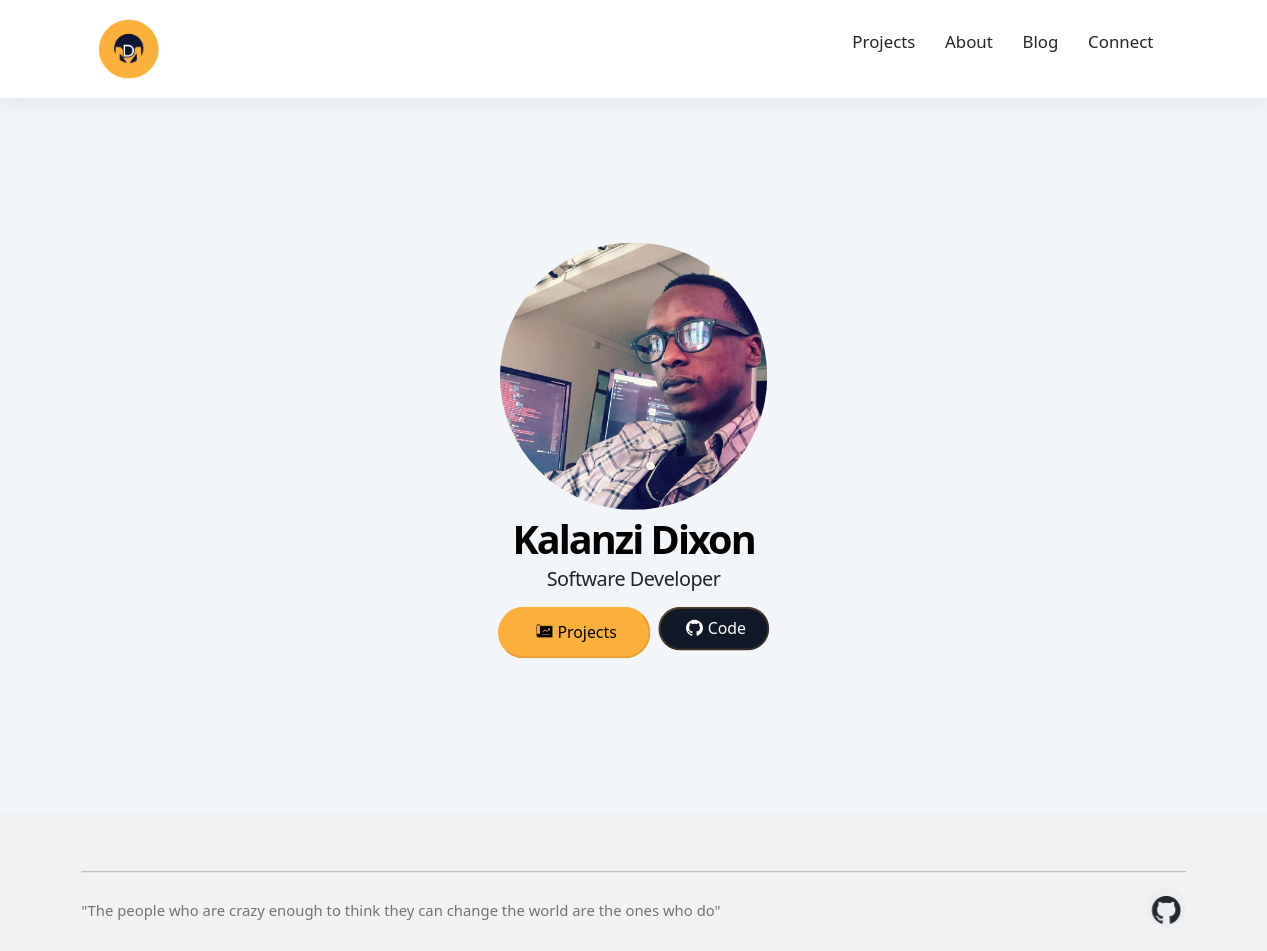
Repository: kaizoku010/firebrand
Page: /
These files come from the project's save history. The page is drawn as it stood at one moment and after a run of saves; the edit follows.
The browser window is 1280 px wide. The pictures show the whole page, at 99% of full size.
The project was rebuilt for these pictures with package versions that can differ from the ones it lists, and the page was loaded fresh each time. Also part of the build but not shown: vite.config.js, src/update/about.css, src/components/chips.css, src/components/chips.js, src/update/about.js, src/dataPoint/AllProjects.js, src/update/appsPage.js, src/update/blog.css and 4 more.

Above is the page before, as saved 2025-06-05 11:49:32.

### public/index.html
<!DOCTYPE html>
<html lang="en">
  <head>
    <meta charset="utf-8" />
    <link rel="icon" href="%PUBLIC_URL%/logo.ico" />
    <meta name="viewport" content="width=device-width, initial-scale=1" />
    <meta name="theme-color" content="#000000" />
    <meta
      name="description"
      content="Welcome to Firebrand"
    />
    <link rel="apple-touch-icon" href="%PUBLIC_URL%/logo.png" />
    <!--
      manifest.json provides metadata used when your web app is installed on a
      user's mobile device or desktop. See https://developers.google.com/web/fundamentals/web-app-manifest/
    -->
    <link rel="manifest" href="%PUBLIC_URL%/manifest.json" />

    <title>Kalanxi</title>
    <!-- Global site tag (gtag.js) - Google Analytics -->
<script async src="https://www.googletagmanager.com/gtag/js?id=G-C8GX9VTJ6W"></script>
<script>
  window.dataLayer = window.dataLayer || [];
  function gtag(){dataLayer.push(arguments);}
  gtag('js', new Date());

  gtag('config', 'G-C8GX9VTJ6W');
</script>
<script async src="https://pagead2.googlesyndication.com/pagead/js/adsbygoogle.js?client=ca-pub-3855618579065381"
     crossorigin="anonymous"></script>
     <script async custom-element="amp-ad" src="https://cdn.ampproject.org/v0/amp-ad-0.1.js"></script>
  </head>
  <body>
    <noscript>You need to enable JavaScript to run this app.</noscript>
    <div id="root"></div>

  </body>
</html>

### src/App.css
body {
  -webkit-font-smoothing: antialiased;
  background-color: #f3f6f8;
  margin-top: 0px;
  font-family:  ui-sans-serif,system-ui,-apple-system,BlinkMacSystemFont,Segoe UI,Roboto,Helvetica Neue,Arial,Noto Sans,sans-serif,apple color emoji,segoe ui emoji,Segoe UI Symbol,noto color emoji;
;
}

.content{
display: none !important;
}

a {
  text-decoration: none;
  color: #5747ff !important;
}

@media only screen and (max-width: 900px) {
  .holder__ {
    text-align: center;
    padding: 20px;
  }
}

.thumb-lg {
  height: 88px;
  width: 88px;
}
.profile-user-box {
  position: relative;
  border-radius: 5px;
}
.bg-custom {
  /*background-color: #02c0ce !important;  */
  background-color: #02191b !important;
  /* 02191b */
}
.profile-user-box {
  position: relative;
  border-radius: 5px;
}

.card-box {
  padding: 20px;
  position: sticky;
  border-radius: 3px;
  margin-bottom: 30px;
  z-index: 1;
  top: 0;
  background-color: #fff;
}
.inbox-widget .inbox-item img {
  width: 40px;
}

.inbox-widget .inbox-item {
  border-bottom: 1px solid #f3f6f8;
  overflow: hidden;
  padding: 10px 0;
  position: relative;
}

.inbox-widget .inbox-item .inbox-item-img {
  display: block;
  float: left;
  margin-right: 15px;
  width: 40px;
}

.inbox-widget .inbox-item img {
  width: 40px;
}

.inbox-widget .inbox-item .inbox-item-author {
  color: #313a46;
  display: block;
  margin: 0;
}

.inbox-widget .inbox-item .inbox-item-text {
  color: #98a6ad;
  display: block;
  font-size: 14px;
  margin: 0;
}

.inbox-widget .inbox-item .inbox-item-date {
  color: #98a6ad;
  font-size: 11px;
  position: absolute;
  right: 7px;
  top: 12px;
}

.comment-list .comment-box-item {
  position: relative;
}

.comment-list .comment-box-item .commnet-item-date {
  color: #98a6ad;
  font-size: 11px;
  position: absolute;
  right: 7px;
  top: 2px;
}

.comment-list .comment-box-item .commnet-item-msg {
  color: #313a46;
  display: block;
  margin: 10px 0;
  font-weight: 400;
  font-size: 15px;
  line-height: 24px;
}

.comment-list .comment-box-item .commnet-item-user {
  color: #98a6ad;
  display: block;
  font-size: 14px;
  margin: 0;
}

.comment-list a + a {
  margin-top: 15px;
  display: block;
}

.ribbon-box .ribbon-primary {
  background: #2d7bf4;
}

.ribbon-box .ribbon {
  position: relative;
  float: left;
  clear: both;
  padding: 5px 12px 5px 12px;
  margin-left: -30px;
  margin-bottom: 15px;
  font-family: Rubik, sans-serif;
  -webkit-box-shadow: 2px 5px 10px rgba(49, 58, 70, 0.15);
  -o-box-shadow: 2px 5px 10px rgba(49, 58, 70, 0.15);
  box-shadow: 2px 5px 10px rgba(49, 58, 70, 0.15);
  color: #fff;
  font-size: 13px;
}
.text-custom {
  color: #949797 !important;
}

.badge-custom {
  background: #02c0ce;
  color: #fff;
}
.badge {
  font-family: Rubik, sans-serif;
  -webkit-box-shadow: 0 0 24px 0 rgba(0, 0, 0, 0.06),
    0 1px 0 0 rgba(0, 0, 0, 0.02);
  box-shadow: 0 0 24px 0 rgba(0, 0, 0, 0.06), 0 1px 0 0 rgba(0, 0, 0, 0.02);
  padding: 0.35em 0.5em;
  font-weight: 500;
}
.text-muted {
  color: #98a6ad !important;
}
project_list
.font-13 {
  font-size: 13px !important;
}

.fire-text {
  text-align: justify;
}

@media screen and (max-width: 800px) {
  .card-box {
    padding: 20px !important;
    position: sticky;
    border-radius: 3px;
    margin-bottom: 30px;
    z-index: 1;
    top: 0;
    background-color: #fff;
  }
}


.main-color{
  color: #fbb03b;
}

### src/update/header.js
import React from 'react'
import "./header.css"
import Logo from "../img/logo.png"
import Email from "../img/email.png"
import { Link } from "react-router-dom";

function header() {
  return (
      <header class="header">
    <nav>
    <div class="logo">
          <a class="name_logo" href="index.html">Muneza.<span>Dixon</span></a>
        <Link to="/">  <img class="fireband-logo" src={ Logo} /></Link>
    </div>
    <input type="checkbox" id="menu-toggle"/>
    <label for="menu-toggle" class="menu-icon">&#9776;</label>
    <ul class="menu">
      <li><Link to={"apps"}>Projects</Link></li>
      <li><Link to={"about"} href="#">About</Link></li>
      <li><Link to={"blog"}>Blog</Link></li>
      <li><a href={"connect"}>Connect</a></li>
    </ul>
  </nav>
</header>
  )
}
// #9f0009 reds
export default header

### src/update/homescreen.js
import React from "react";
import UserImage from "../img/pp.jpg";
import "./homescreen.css";
import { Link } from "react-router-dom";
import CodeIc from "../img/code-ic.png";
import ProjectIc from "../img/project-ic.png";

function homescreen() {
  return (
    <div class="homepage">
      <main className="main-content">
        <img id="userImage" src={UserImage} />
        <h1 className="userName">Kalanzi Dixon</h1>
        <h2 className="userRole"> Software Developer</h2>
        <div className="site-holder">
          <Link to="/apps">
            <button id="btn-projects">
              <img className="project-ic" src={ProjectIc} />
              Projects
            </button>
          </Link>

          <Link target="_blank" to="https://github.com/kaizoku010">
            <button id="btn-code">
              <img className="project-ic" src={CodeIc} />
              Code
            </button>
          </Link>
        </div>
      </main>
    </div>
  );
}

export default homescreen;

### src/update/header.css
header_div {
    padding: 0;
    margin: 0;
    box-sizing: border-box;
    font-family: sans-serif;
    text-decoration: none;
    list-style: none;
  }


  .name_logo{
    display:none;
  }

  .header {
    position: sticky;
    top: 0;
    grid-area: header;
    width: 100%;
    box-shadow: 0 4px 20px hsla(207, 24%, 35%, 0.1);
    background-color: white;
    z-index: 2;
  }

  .email-ic{
    width:38px;
  }

  nav {
    display: flex;
    justify-content: space-between;
    align-items: center;
    padding: 20px 100px;
  }

  .logo a {
    font-size: 24px;
    font-weight: bold;
    color: #fff;
  }

  .logo a span {
    color: #8739fa;
  }


  .menu {
    display: flex;
    list-style:none;
    justify-content: center;
    align-items: center;
  }

  .menu a {
    display: block;
    padding: 7px 15px;
    font-size: 17px;
    font-weight: 500;
    transition: 0.2s all ease-in-out;
    color: #fff;
  }

  .menu:hover a {
    opacity: 0.4;
  }

  .menu a:hover {
    opacity: 1;
    color: #fff;
  }

  .menu-icon {
    display: none;
  }

  #menu-toggle {
    display: none;
  }

  #menu-toggle:checked ~ .menu {
    transform: scale(1, 1);
  }

  @media only screen and (max-width: 950px) {
    .menu {
      flex-direction: column;
      background-color: white;
      align-items: start;
      position: absolute;
      top: 82px;
      left: 0;
      width: 100%;
      z-index: 1;
      padding-left: 10px;
      transform: scale(1, 0);
      transform-origin: top;
      transition: transform 0.3s ease-in-out;
      box-shadow: rgba(0, 0, 0, 0.15) 1.95px 1.95px 2.6px;
    }

    nav {
      display: flex;
      justify-content: space-between;
      align-items: center;
      padding: 18px 30px;
  }

    .name_logo{
        display:none;
      }

    .menu a {
      margin-left: 12px;
    }

    .menu li {
      margin-bottom: 10px;
    }

    .menu-icon {
      display: block;
      color: black;
      font-size: 28px;
      cursor: pointer;
    }
    /* my logo */

  .fireband-logo{
    width: 50px !important;

  }
  }



  .fireband-logo{
    width: 60px;
  }


  .header a {
    color:#212529 !important
      }
    .header a:hover {
        color:#fbb03b !important;
    }

### src/update/homescreen.css
.homepage{
    /* margin-top: 50px; */
    display: flex;
    place-content: center;
    height: 100vh;
    align-items: center;
    position: relative;

    min-height: 500px;
}

.main-content{
    text-align: center;
    display: flex;
    flex-direction: column;
}

#userImage{
    border-radius: 50% !important;
    align-self: center;
    margin-bottom: 10px;
    width: 60%;
}

.userName{
    letter-spacing: -.05em;
    font-size: 2.5rem;
    text-align: center;
    background: -webkit-radial-gradient(#030303, #010001);
    -webkit-background-clip: text;
    background-clip: text;
    -webkit-text-fill-color: transparent;
    line-height: 1;
    font-weight: 700;
    white-space: nowrap;
}

.userRole{
    max-width: 48rem;
    font-size: 20px;
    font-weight: 100;
    margin-left: auto;
    letter-spacing: -.025em;
    color: rgb(17 24 39 / var(50%));
    text-align: center;
    margin-right: auto;
}

.site-holder{
    padding-left: 1.5rem;
    flex-wrap: nowrap;
    padding-right: 1.5rem;
    gap: .5rem;
    margin-top: 0.5rem;
    margin-bottom: 0.5rem;
    justify-content: center;
    display: flex;
    flex-direction: row;
}

#btn-projects{
    color: rgb(255 255 255 / var(10%));
    padding-top: 0.75rem;
    background-color: #fbb03b;
    padding-bottom: 0.75rem;
    opacity: 1;
    line-height: 1.375;
    color: black;
    font-weight: 500;
    border-radius: 2.5rem;
    border-color: #fbb03b45;
    padding-left: 2rem;
    padding-right: 2rem;
}

#btn-projects:hover{
    background-color: #efa123;

}


.project-ic{
    height:1rem;
    padding-right: 5px;
    padding-left: 5px;
    margin-bottom: 5px !important;
}

#btn-code{
background-color:  rgb(17 24 39);
color: rgb(255 255 255 / var(10%));
    opacity: 1;
    line-height: 1.375;
    color: #fff;
        width: 7rem;
    font-weight: 500;
    border-radius: 2.5rem;
    border-color: rgba(251, 176, 59,
    .27058823529411763);
    padding: .5rem .5rem;
}

#btn-code:hover{
    background-color: rgb(71, 74, 81);

}

@media only screen and (max-width: 950px) {
    .homepage {
        display: flex;
        place-content: center;
        height: 100%;
        align-items: center;
        position: relative;
    }

    .site-footer {
        position: relative;
        background-color: #f0f2f4e4;
        padding: 0px 0 20px !important;
        font-size: 15px;
        line-height: 24px;
        color: #737373;
    }
}

### src/update/appsPage.css
/* Base Styles */
:root {
  --primary-color: #333333;
  --secondary-color: #fbb03b;
  --accent-color: #fbb03b;
  --background-color: #f8f9fa;
  --card-bg-color: #ffffff;
  --text-color: #333333;
  --text-light: #6c757d;
  --border-radius: 12px;
  --box-shadow: 0 10px 30px rgba(0, 0, 0, 0.08);
  --transition: all 0.3s ease;
}

.appsHolder {
  background-color: var(--background-color);
  min-height: 100vh;
  padding-bottom: 4rem;
  overflow-x: hidden;
}

/* Loading Animation */
.loading-container {
  display: flex;
  flex-direction: column;
  align-items: center;
  justify-content: center;
  height: 100vh;
  background-color: var(--background-color);
}

.loader {
  width: 50px;
  height: 50px;
  border: 5px solid rgba(67, 97, 238, 0.2);
  border-radius: 50%;
  border-top-color: var(--primary-color);
  animation: spin 1s ease-in-out infinite;
  margin-bottom: 1rem;
}

@keyframes spin {
  to { transform: rotate(360deg); }
}

/* Hero Section */
.hero-section {
  display: none;
  position: relative;
  padding: 6rem 2rem 4rem;
  background: linear-gradient(135deg, #000 0%, #242229 100%);
  color: #bbb7b7;
  text-align: center;
  border-radius: 0px !important;
  margin-bottom: 3rem;
  overflow: hidden;
}


.apps-span {
  color: var(--secondary-color);
  position: relative;
  font-weight: 700 ;
  display: inline-block;
  text-decoration: none;
}

@media only screen and (max-width: 600px) {
  .appsHeading {
      font-size: 2.5rem !important;
  }
}

.hero-subtitle {
  font-size: 1rem;
  display: none !important;
}

  .tech-stack-list {
      justify-items: left;
      display: grid;
      font-size: 0.8rem;
      list-style: none !important;
      grid-template-columns: none !important;
      /* grid-gap: 20px !important; */
  }


.appsHeading {
  font-size: 3.5rem;
  font-weight: 200 !important;
  margin-bottom: 1rem;
  letter-spacing: -0.02em;
}

.hero-content {
  position: relative;
  z-index: unset !important;
}
.hero-shapes {
  position: absolute;
  top: 0;
  left: 0;
  width: 100%;
  height: 100%;
  z-index: 1;
  overflow: hidden;
}

.shape {
  position: absolute;
  border-radius: 50%;
  opacity: 0.2;
}

.shape-1 {
  width: 300px;
  height: 300px;
  background-color: rgba(255, 255, 255, 0.3);
  top: -100px;
  right: -100px;
  animation: float 8s ease-in-out infinite;
}

.shape-2 {
  width: 200px;
  height: 200px;
  background-color: rgb(255 193 7 / 21%);
  bottom: -50px;
  left: 10%;
  animation: float 12s ease-in-out infinite;
}

.shape-3 {
  width: 150px;
  height: 150px;
  background-color: rgba(255, 255, 255, 0.25);
  top: 30%;
  left: 20%;
  animation: float 10s ease-in-out infinite 1s;
}

@keyframes float {
  0% { transform: translateY(0) rotate(0deg); }
  50% { transform: translateY(-20px) rotate(5deg); }
  100% { transform: translateY(0) rotate(0deg); }
}

.appsHeading {
  line-height: 1;
  font-weight: 700;
  text-align: center !important;
  font-size: 3em !important;
  margin-bottom: 0px !important;
  letter-spacing: -0.05em !important;
  padding: 10% !important;
}

.apps-span {
  color: var(--secondary-color);
  position: relative;
  display: inline-block;
}

.apps-span::after {
  content: '';
  position: absolute;
  bottom: -5px;
  display: none !important;
  left: 0;
  width: 100%;
  height: 4px;
  background-color: var(--secondary-color);
  border-radius: 2px;
}

.hero-subtitle {
  font-size: 1.25rem;
  opacity: 0.9;
  max-width: 600px;
  margin: 0 auto;
}

/* Controls Container */
.controls-container {
  max-width: 1200px;
  margin: 0 auto 2rem;
  padding: 0 1.5rem;
  display: flex;
  flex-direction: column;
  gap: 1.5rem;
}

.search-container {
  position: relative;
  max-width: 500px;
  display: none;
  margin: 0 auto;
  width: 100%;
}

.search-input {
  width: 100%;
  padding: 1rem 1.5rem;
  border-radius: 50px;
  border: 2px solid #e0e0e0;
  font-size: 1rem;
  transition: var(--transition);
  box-shadow: 0 4px 10px rgba(0, 0, 0, 0.03);
}

.search-input:focus {
  outline: none;
  border-color: var(--primary-color);
  box-shadow: 0 4px 15px rgba(67, 97, 238, 0.15);
}

.search-icon {
  position: absolute;
  right: 1.5rem;
  top: 50%;
  transform: translateY(-50%);
  color: #aaa;
  font-size: 1.2rem;
}

.categories-container {
  display: flex;
  flex-wrap: wrap;
  margin-top: 5rem;
  gap: 0.75rem;
  justify-content: center;
}

.category-btn {
  padding: 0.6rem 1.2rem;
  border-radius: 50px;
  border: none;
  background-color: #e9ecef;
  color: var(--text-color);
  font-size: 0.9rem;
  font-weight: 500;
  cursor: pointer;
  transition: var(--transition);
}

.category-btn:hover {
  background-color: #dee2e6;
}

.category-btn.active {
  background-color: var(--primary-color);
  color: white;
}

/* Projects Grid */
.sites-holder {
  max-width: 1400px;
  margin: 0 auto;
  padding: 0 1.5rem;
}

.no-results {
  text-align: center;
  padding: 3rem 0;
  color: var(--text-light);
}

.sites-list {
  display: grid;
  grid-template-columns: repeat(auto-fill, minmax(350px, 1fr));
  gap: 2rem;
  list-style-type: none;
  padding: 0;
  margin: 0;
}

.sites {
  opacity: 0;
  transform: translateY(20px);
  animation: fadeInUp 0.5s forwards;
}

@keyframes fadeInUp {
  to {
    opacity: 1;
    transform: translateY(0);
  }
}

.project-card {
  background-color: var(--card-bg-color);
  border-radius: var(--border-radius);
  overflow: hidden;
  box-shadow: var(--box-shadow);
  transition: var(--transition);
  height: 100%;
  display: flex;
  flex-direction: column;
}

.project-card:hover {
  transform: translateY(-10px);
  box-shadow: 0 15px 35px rgba(0, 0, 0, 0.1);
}

.card-header {
  position: relative;
  padding: 1.5rem;
  display: flex;
  align-items: center;
  border-bottom: 1px solid #f0f0f0;
}

.site-logo {
  width: 70px;
  height: 70px;
  object-fit: contain;
  border-radius: 12px;
  background-color: #f8f9fa;
  padding: 0.5rem;
  box-shadow: 0 4px 10px rgba(0, 0, 0, 0.05);
}

.card-badges {
  display: flex;
  flex-wrap: wrap;
  gap: 0.5rem;
  margin-left: auto;
}

.card-content {
  padding: 1.5rem;
  flex-grow: 1;
}

.site-title {
  font-size: 1.5rem;
  font-weight: 700;
  margin-bottom: 0.5rem;
  color: var(--text-color);
  transition: var(--transition);
}

.site-location {
  font-size: 0.9rem;
  color: var(--text-light);
  margin-bottom: 1rem;
  display: flex;
  align-items: center;
}

.site-location::before {
  content: '📍';
  margin-right: 0.5rem;
}

.site-desc {
  font-size: 1rem;
  line-height: 1.6;
  color: var(--text-color);
  margin-bottom: 1.5rem;
  display: -webkit-box;
  -webkit-line-clamp: 3;
  -webkit-box-orient: vertical;
  overflow: hidden;
}

.card-footer {
  padding: 1rem 1.5rem;
  border-top: 1px solid #f0f0f0;
  display: flex;
  justify-content: space-between;
  align-items: center;
  background-color: #fafafa;
}

.view-project {
  font-weight: 600;
  color: var(--primary-color);
}

.arrow-icon {
  font-size: 1.2rem;
  color: var(--primary-color);
  transition: var(--transition);
}

.project-card:hover .arrow-icon {
  transform: translateX(5px);
}

/* Responsive Styles */
@media only screen and (max-width: 950px) {
  .appsHeading {
    font-size: 2.5rem;
  }

  .hero-section {
    display: none;
    padding: 4rem 1rem 3rem;
    border-radius: 0 0 15% 15% / 10%;
  }

  .sites-list {
    grid-template-columns: repeat(auto-fill, minmax(280px, 1fr));
    gap: 1.5rem;
  }

  .card-header {
    flex-direction: column;
    align-items: flex-start;
    gap: 1rem;
  }

  .card-badges {
    margin-left: 0;
  }

  .site-logo {
    width: 60px;
    height: 60px;
  }
}

@media only screen and (max-width: 600px) {
  .appsHeading {
    font-size: 2rem;
  }

  .hero-subtitle {
    font-size: 1rem;
  }

  .controls-container {
    padding: 1rem 1rem;
  }

  .sites-holder {
    padding: 0 1rem;
  }

  .sites-list {
    grid-template-columns: 1fr;
  }

  .category-btn {
    padding: 0.5rem 1rem;
    font-size: 0.8rem;
  }
}

/* Chip Styling */
.chip {
    padding: 0.4rem 0.8rem;
    border-radius: 50px;
    font-size: 0.8rem;
    font-weight: 500;
    color: white;
    background-color: rgb(51 51 51) !important;
    display: inline-block;
    box-shadow: 0 2px 5px rgba(0, 0, 0, 0.1);
}

/* Links */
.link-list {
  color: inherit;
  text-decoration: none !important;
  display: block;
  height: 100%;
}

a {
  color: inherit;
  text-decoration: none !important;
}

p {
  margin: 0;
  padding: 0;
}

### src/update/footer.css
.site-footer
{
  position: relative;
  background-color:#f0f2f4e4;
  padding:45px 0 20px;
  font-size:15px;
  line-height:24px;
  color:#737373;
}

.row{
  align-items: center !important;
}

.facebook{
    width: 30px;
}
.site-footer hr
{
  border-top-color:#bbb;
  opacity:0.5
}
.site-footer hr.small
{
  margin:20px 0
}
.site-footer h6
{
  color:#fff;
  font-size:16px;
  text-transform:uppercase;
  margin-top:5px;
  letter-spacing:2px
}
.site-footer a
{
  color:#737373;
}
.site-footer a:hover
{
  color:#3366cc;
  text-decoration:none;
}
.footer-links
{
  padding-left:0;
  list-style:none
}
.footer-links li
{
  display:block
}
.footer-links a
{
  color:#737373
}
.footer-links a:active,.footer-links a:focus,.footer-links a:hover
{
  color:#3366cc;
  text-decoration:none;
}
.footer-links.inline li
{
  display:inline-block
}
.site-footer .social-icons
{
  text-align:right
}
.site-footer .social-icons a
{
  width:40px;
  height:40px;
  line-height:40px;
  margin-left:6px;
  margin-right:0;
  border-radius:100%;
}
.copyright-text
{
  margin:0
}
@media (max-width:991px)
{
  .site-footer [class^=col-]
  {
    margin-bottom:30px
  }
}
@media (max-width:767px)
{

  .copyright-text{
    margin:10px;
  }
  .site-footer
  {
    padding-bottom:0
  }
  .site-footer .copyright-text,.site-footer .social-icons
  {
    text-align:center
  }
}
.social-icons
{
  padding-left:0;
  margin-bottom:0;
  list-style:none
}
.social-icons li
{
  display:inline-block;
  margin-bottom:4px
}
.social-icons li.title
{
  margin-right:15px;
  text-transform:uppercase;
  color:#96a2b2;
  font-weight:700;
  font-size:13px
}
.social-icons a{
  background-color:#eceeef;
  color:#818a91;
  font-size:16px;
  display:inline-block;
  line-height:44px;
  width:44px;
  height:44px;
  text-align:center;
  margin-right:8px;
  border-radius:100%;
  -webkit-transition:all .2s linear;
  -o-transition:all .2s linear;
  transition:all .2s linear
}
.social-icons a:active,.social-icons a:focus,.social-icons a:hover
{
  color:#fff;
  background-color:#ebebeb
}
.social-icons.size-sm a
{
  line-height:34px;
  height:34px;
  width:34px;
  font-size:14px
}
.social-icons a.facebook:hover
{
  background-color:#e7e9e9
}
.social-icons a.twitter:hover
{
  background-color:#00aced
}
.social-icons a.linkedin:hover
{
  background-color:#007bb6
}
.social-icons a.dribbble:hover
{
  background-color:#ea4c89
}
@media (max-width:767px)
{
  .social-icons li.title
  {
    display:block;
    margin-right:0;
    font-weight:600
  }
}

Loaded but not shown: src/index.js (common file); src/index.css (common file); src/reportWebVitals.js (common file); src/App.js (42 lines, source omitted); src/update/footer.js (34 lines, source omitted)

After the next 3 saves:
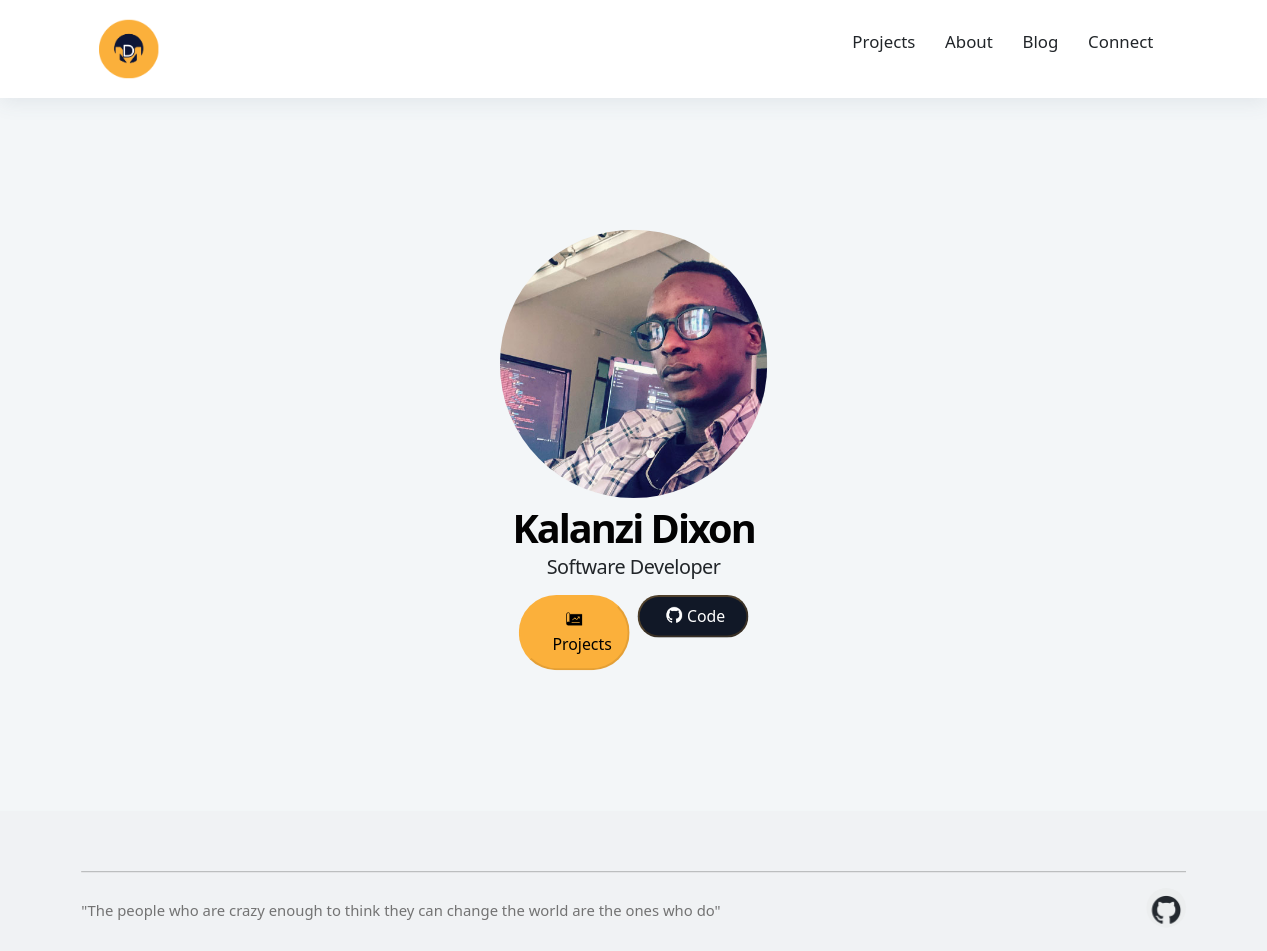
The 3 saves are shown as one change because they came seconds apart.
The last was saved 22 s later.
--- a/src/update/homescreen.css
+++ b/src/update/homescreen.css
@@ -64,7 +64,7 @@
     background-color: #fbb03b;
     padding-bottom: 0.75rem;
     opacity: 1;
-    line-height: 1.375;
+        width: 7rem;
     color: black;
     font-weight: 500;
     border-radius: 2.5rem;
